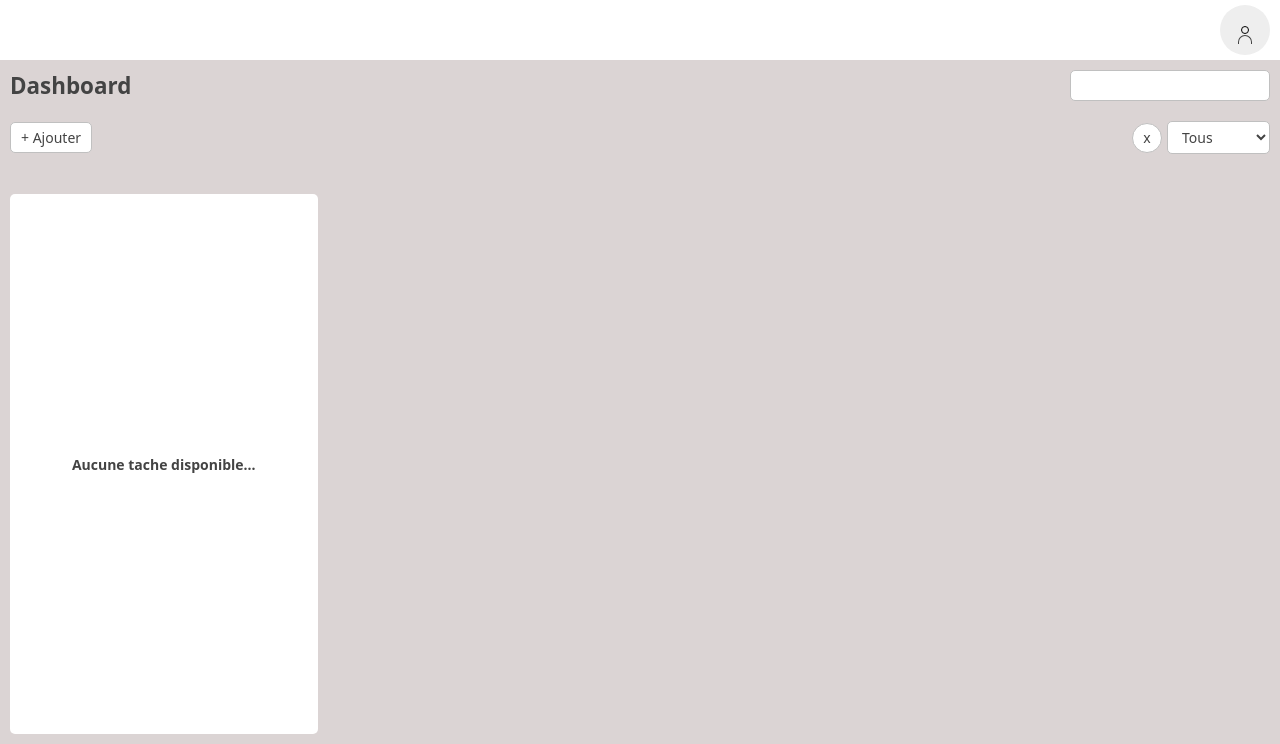
Repository: zpaulange/task_manager
Page: dashboard/index.html
An editor plug-in stored every save of this project. The page is shown before and after the next save, followed by the edit.
The browser window is 1280 px wide. The pictures show the whole page.

Above is the page before, as saved 2025-03-06 17:36:35.

### dashboard/index.html
<!DOCTYPE html>
<html lang="en">
<head>
    <meta charset="UTF-8">
    <meta name="viewport" content="width=device-width, initial-scale=1.0">
    <link rel="stylesheet" href="../assets/styles/dashboard/style.css">
    <title>Document</title>
</head>
<body>
  <section class="dashboard">
    <div class="dashboard_right">
      <nav class="dashbaord_nav">
        <a href="#" class="dashbaord_nav_avatar">
          <span></span>
        </a>
      </nav>
      <main class="main">
        <div class="main_header">
          <h1 class="main_header_title">Dashboard</h1>
          <input type="search" name="search" class=" main_header_search" style="width:200px">
        </div>
        <div class="main_header_actions">
          <div class="main_header_actions_left">
            <button class="main_header_actions_btn" id="addTask">+ Ajouter</button>
          </div>
          <div class="main_header_actions_right">
            <button class="main_header_actions_right_btnDel rounded-btn del">x</button>
            <select name="filter" class="main_header_actions_right_filter" id="">
              <option value="0">Tous</option>
              <option value="1">En cours</option>
              <option value="2">Annulés</option>
              <option value="3">Terminés</option>
            </select>
          </div>
        </div>
        <section class="main-task">
          <div class="main-task__content" id="main-task__content">
            <!-- <div class="main-task__content-item">
              <div class="main-task__content-item__title">
                Task title
              </div>
              <p class="main-task__content-item__desc">
                orem ipsum dolor sit amet consectetur adipisicing elit. Est molestias doloremque ex vitae, voluptatibus, saepe sed necessitatibus, dolorum unde debitis vel aperiam quaerat. Maiores ad, minima aliquid consequuntur natus quae!
              </p>
              <div class="main-task__content-item__date">
                2022-01-01
              </div>
              <div class="main-task__content-item__actions">
                <span class="main-task__content-item__actions_status completed">
                  Terminée
                </span>
                <div>
                  <button class="rounded-btn see-more">v+</button>
                  <button class="rounded-btn modify">m</button>
                  <button class="rounded-btn validate">va</button>
                </div>
              </div>
              <input type="radio" name="checkTask" class="checkTask" id="checkTask">
            </div> -->
          </div>

        </section>
      </main>
    </div>
  </section>

  <!-- Modal -->
  <div class="modal" id="taskModal">
    <div class="modal-container">
      <h2 class="modal_title">Ajouter une tache</h2>
      <form action="#" class="form">
        <div class="form_item">
          <label for="taskTitle" class="">Titre</label>
          <input type="text">
        </div>
        <div class="form_item">
          <label for="taskDescription" class="">Description</label>
          <textarea></textarea>
        </div>
        <div class="form_item">
          <label for="taskDate" class="">Date limite</label>
          <input type="date">
        </div>
        <div class="form_item-btn">
          <button id="closeModal">Annuler</button>
          <button type="submit">Ajouter</button>
        </div>
      </form>
    </div>
  </div>

  <script src="../assets/js/script.js"></script>
</body>
</html>

### assets/styles/dashboard/style.css
*{
  margin:0;
  padding:0;
  box-sizing: border-box;
  position:relative;
  font-family: system-ui, sans-serif;
  font-size: 14px;
  color:#434343;
}
body{
  overflow-x: hidden;
}
a{
  text-decoration: none;
}
a:active, a:hover{
  color:#434343;
}
img{
  width: 100%;
  height: auto;
}
ul li{
  list-style: none;
}
input[type="search"],
input[type="text"],
input[type="date"], textarea{
  padding:5px 10px;
  border-radius:5px;
  border:1px solid silver;
  display: block;
  width: 100%;
}
input:focus, select:focus, textarea:focus{
  outline: none;
}

.dashboard{
  min-height: 100vh;
  background-color: #dbd4d4;
}

.dashboard_right{
  min-height: 100vh;
}
.dashbaord_nav{
  background-color: #fff;
  padding:5px 10px;
  display: flex;
  align-items:center;
  justify-content: flex-end;
  z-index: 1000;
  position: sticky;
  top:0;
  left:0;
}
.dashbaord_nav_avatar{
  display: flex;
  align-items: center;
  justify-content: center;
  height:50px;
  width: 50px;
  border-radius:50%;
  background-color: #eee;

}
.dashbaord_nav_avatar span{
  display: inline-block;
  height: 8px;
  width: 8px;
  border-radius:50%;
  border:1px solid #000
}
.dashbaord_nav_avatar span:before{
  content:'';
  position: absolute;
  height: 8px;
  width: 12px;
  border:1px solid;
  left:50%;
  transform: translateX(-50%);
  top:8px;
  border-bottom: none;
  border-top-left-radius: 10px;
  border-top-right-radius: 10px;
}

.main{
  padding:10px;
}
.main_header_title{
  font-size: 1.6rem;
}
.box{
  min-height: calc(100vh - 180px);
  background-color: #fff;
  border-radius:5px;
  padding:10px;
  margin-top:20px
}
.box.box-center{
  display: flex;
  align-items:center;
  justify-content: center;
}

.main_header{
  display: flex;
  justify-content: space-between;
  align-items:center;
  margin-bottom:20px;
}
.main_header_actions{
  display: flex;
  justify-content: space-between;
  align-items:center;
}
.main_header_actions_btn{
  padding:5px 10px;
  border-radius:5px;
  border:1px solid silver;
  background-color: #fff;
  cursor: pointer;
  transition: .2s;
}
.main_header_actions_btn:hover{
  background-color:blue;
  color:#fff;
}
.main_header_actions_right{
  display: flex;
  align-items:center;
  gap:5px;
}
.rounded-btn{
  border-radius:50%;
  border:1px solid silver;
  background-color: #fff;
  cursor: pointer;
  transition: .2s;
  cursor:pointer;
  width: 30px;
  height: 30px;
}
.rounded-btn.del:hover{
  background-color:red;
  color:#fff;
}
.rounded-btn.see-more:hover{
  background-color:blue;
  color:#fff;
}
.rounded-btn.modify:hover{
  background-color:rgb(172, 172, 14);
  color:#fff;
}
.rounded-btn.validate:hover{
  background-color:green;
  color:#fff;
}
.main_header_actions_right_filter{
  padding:5px 10px;
  border-radius:5px;
  border:1px solid silver;
  background-color: #fff;
}

.main-task__content{
  margin-top:20px;
  display: grid;
  grid-template-columns: repeat(auto-fill, minmax(300px, 1fr));
  gap:10px
}
.main-task__content-item{
  background-color:#fff;
  padding:10px;
  border-radius:5px;
  border:1px solid silver
}
.main-task__content-item__title{
  font-size: 1.2rem;
  font-weight: 600;
  padding-right:30px;
}
.main-task__content-item__desc{
  font-size: .8rem;
  line-height: 1.2rem;
  margin-top:10px;
  margin-bottom:10px;
}
.main-task__content-item__date{
  font-size: .8rem;
  text-align: right;
  font-style: italic;
}

.main-task__content-item__actions{
  display: flex;
  justify-content: space-between;
  align-items:center;
  margin-top:10px;
}
.main-task__content-item__actions_status, .form_item-btn button{
  padding:5px 10px;
  border-radius:5px;
  background-color: #fff;
  border:1px solid silver;
  font-size: .8rem;
  font-weight: 600;
}
.main-task__content-item__actions_status.canceled{
  color:red;
  border-color:red;
}
.main-task__content-item__actions_status.pending{
  color:blue;
  border-color:blue;
}
.main-task__content-item__actions_status.completed{
  color:green;
  border-color:green;
}
.checkTask{
  position:absolute;
  top:10px;
  right:10px;
}
.modal{
  position: fixed;
  top:50%;
  left:50%;
  transform: translate(-50%, -50%) scale(0);
  width: 100%;
  height: 100vh;
  background-color: rgba(0, 0, 0, .5);
  display: flex;
  justify-content: center;
  align-items: center;
  z-index: 9999;
  transition:.5s;
}
.modal.active{
  transform: translate(-50%, -50%) scale(1);
}
.modal_title{
  font-size: 1.2rem;
  font-weight: 600;
  margin-bottom:25px;
}
.modal-container{
  background-color: #fff;
  padding:10px;
  border-radius:5px;
  border:1px solid silver;
}

.form_item{
  margin-bottom:20px;
}
.form_item label{
  margin-bottom:3px;
}
.form_item-btn{
  margin-top:10px;
  display: flex;
  justify-content: flex-end;
  gap:10px;

}
.form_item-btn button:hover{
  background-color:blue;
  color:#fff;
  cursor:pointer
}

### assets/js/script.js
const addNewTask = document.querySelector('#addTask')
const addNewTaskModal = document.querySelector('#taskModal')
const closeModal = document.querySelector('#closeModal')

addNewTask.addEventListener('click', (e) => {
  e.preventDefault()
  addNewTaskModal.classList.add('active')
})

closeModal.addEventListener('click', (e) => {
  e.preventDefault()
  addNewTaskModal.classList.remove('active')
})

const TASK = {
  initTask:function(){
    const task = localStorage.getItem('tasks')
    if(task){
      return JSON.parse(task)
    }else{
      localStorage.setItem('tasks', JSON.stringify([]))
    }
    /* if(task) return JSON.parse(task)
    localStorage.setItem('tasks', JSON.stringify([])) */
  },
  displayTask:()=>{
    const taskList = TASK.initTask()
    const mainTask = document.querySelector('#main-task__content')
    if(taskList.length > 0){

    }else{
      mainTask.style.disp
      mainTask.innerHTML = `
        <section class="box box-center">
          <h1>Aucune tache disponible...</h1>
        </section>
      `
    }
  }
}

TASK.initTask()
TASK.displayTask()

After the next save:
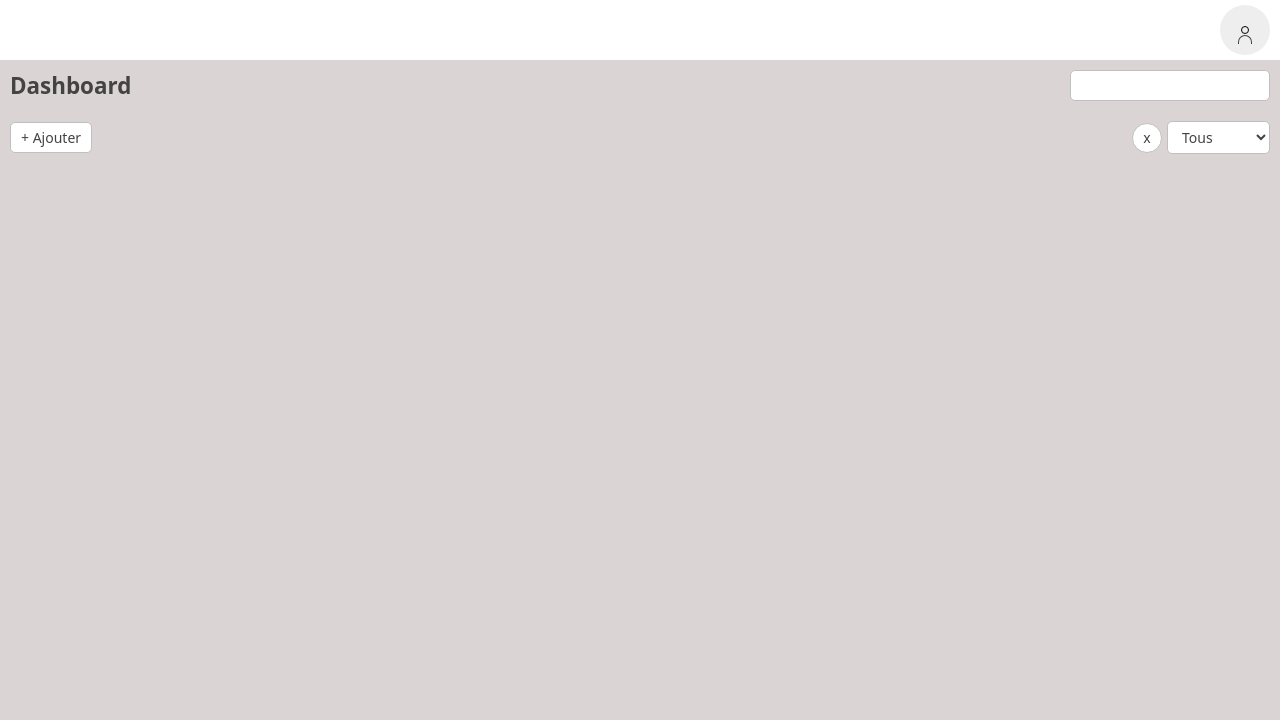
Saved 4 s later.
--- a/assets/js/script.js
+++ b/assets/js/script.js
@@ -29,7 +29,7 @@ const TASK = {
     if(taskList.length > 0){
 
     }else{
-      mainTask.style.disp
+      mainTask.style.display = 'none'
       mainTask.innerHTML = `
         <section class="box box-center">
           <h1>Aucune tache disponible...</h1>
